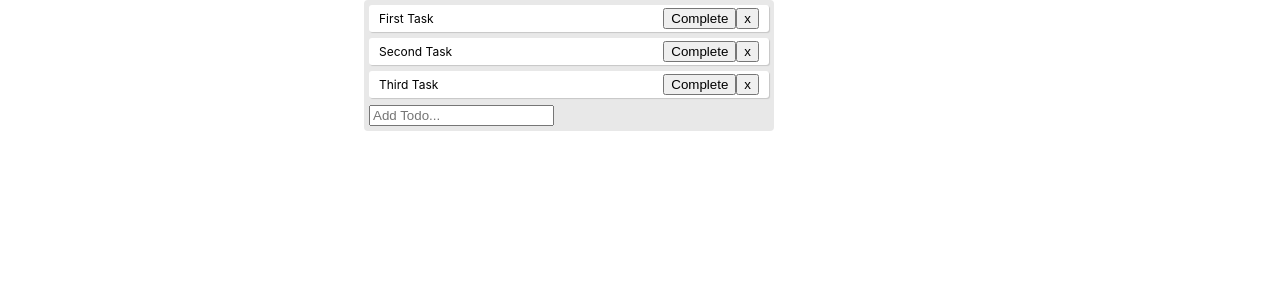
Repository: raphaelconstantino/todo-instances
Page: /
The author's editor kept a copy of each file at every save. The page is drawn from the files as they stood at one save, then again after the next save.
The browser window is 1280 px wide. The pictures show the whole page.
The project was rebuilt for these pictures with package versions that can differ from the ones it lists, and the page was loaded fresh each time.

Above is the page before, as saved 2019-10-18 13:28:09.

### src/App.js
import React, { useState } from 'react';
import Container from '@material-ui/core/Container';
import Checkbox from '@material-ui/core/Checkbox';

import './App.css'

function Todo({ todo, index, completeTodo, deleteTodo }) {
  return (
    <div style={{ textDecoration: todo.isCompleted ? 'line-through' : '' }} className="todo">
      {todo.text}
      <div>
        <button onClick={() => completeTodo(index)}>Complete</button>
        <button onClick={() => deleteTodo(index)}>x</button>
      </div>
    </div>
  )
}

function TodoForm({ addTodo }) {
  const [value, setValue] = useState('');

  const handleSubmit = e => {
    e.preventDefault();
    if (!value) return;
    addTodo(value);
    setValue('');
  }

  return (
    <form onSubmit={handleSubmit}>
      <input type="text" placeholder="Add Todo..." className="input" value={value} onChange={e => setValue(e.target.value)} />
    </form>
  )
}

function App() {
  const [todos, setTodos] = useState([
    {
      text: "First Task",
      isCompleted: false
    },
    {
      text: "Second Task",
      isCompleted: false
    },
    {
      text: "Third Task",
      isCompleted: false
    }
  ]);

  const addTodo = text => {
    const newTodos = [...todos, { text }];
    setTodos(newTodos)
  }

  const completeTodo = index => {
    const newTodos = [...todos];
    newTodos[index].isCompleted = true;
    setTodos(newTodos);
  }

  const deleteTodo = index => {
    const newTodos = [...todos];
    newTodos.splice(index, 1)
    setTodos(newTodos);
  }

  return (
    <Container maxWidth="sm">
      <div className="app">
        <div className="todo-list">
          {
            todos.map((todo, index) => (
              <Todo key={index} index={index} todo={todo} completeTodo={completeTodo} deleteTodo={deleteTodo} />
            ))
          }
          <TodoForm addTodo={addTodo} />
        </div>
      </div>
    </Container>
  )
}

export default App;

### src/App.css
.todo-list {
  background: #e8e8e8;
  border-radius: 4px;
  padding: 5px;
  max-width: 400px;
}

.todo {
  background: #fff;
  box-shadow: 1px 1px 1px rgba(0, 0, 0, 0.15);
  padding: 3px 10px;
  font-size: 12px;
  margin-bottom: 6px;
  border-radius: 3px;
  display: flex;
  align-items: center;
  justify-content: space-between;
}

Loaded but not shown: public/index.html (common file); src/index.js (common file); src/index.css (common file); src/serviceWorker.js (common file)

After the next save:
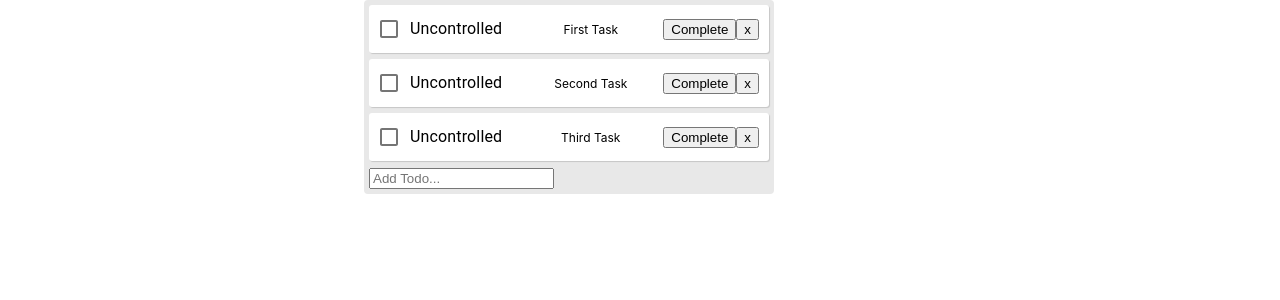
Saved 103 s later.
--- a/src/App.js
+++ b/src/App.js
@@ -1,5 +1,7 @@
 import React, { useState } from 'react';
 import Container from '@material-ui/core/Container';
+import FormGroup from '@material-ui/core/FormGroup';
+import FormControlLabel from '@material-ui/core/FormControlLabel';
 import Checkbox from '@material-ui/core/Checkbox';
 
 import './App.css'
@@ -7,6 +9,7 @@ import './App.css'
 function Todo({ todo, index, completeTodo, deleteTodo }) {
   return (
     <div style={{ textDecoration: todo.isCompleted ? 'line-through' : '' }} className="todo">
+      <FormControlLabel control={<Checkbox value="checkedC" />} label="Uncontrolled" />
       {todo.text}
       <div>
         <button onClick={() => completeTodo(index)}>Complete</button>
